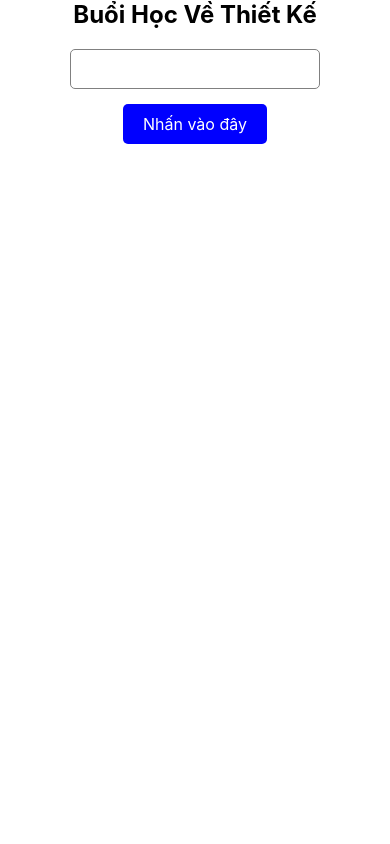
Repository: vanh1604/ExerciseReactNative
Screen: /
These files come from the project's save history. The screen is drawn as it stood at one moment and after the next save; the edit follows.
The app was drawn by React Native's web renderer in a window 390 px wide. The project was rebuilt for these pictures with package versions that can differ from the ones it lists, and the page was loaded fresh each time. Also part of the build but not shown: components/Caption.js, components/WeatherApp.js.

Above is the screen before, as saved 2023-09-09 10:28:35.

After the next save:
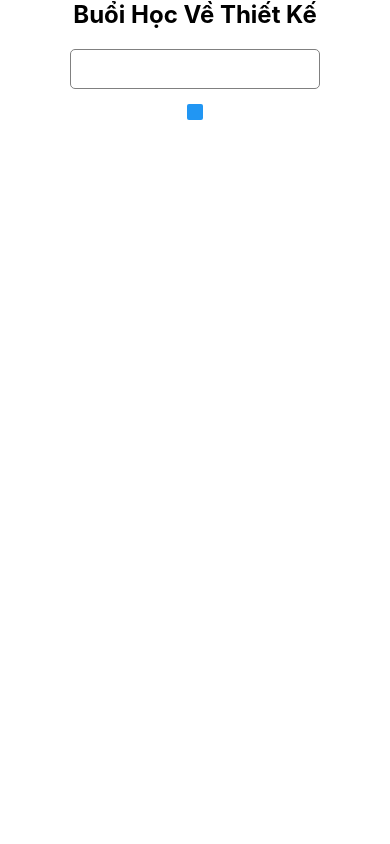
Saved 10 s later.
--- a/components/LessonDesign.js
+++ b/components/LessonDesign.js
@@ -15,12 +15,9 @@
       <Text style={styles.title}>Buổi Học Về Thiết Kế</Text>
       <TextInput style={styles.input} placeholder="Nhập tên của bạn" />
       {/* <Image style={styles.image} source={require("./your-image-file.png")} /> */}
-      <TouchableOpacity
-        style={styles.button}
-        onPress={() => alert("Button clicked!")}
-      >
+      <Button style={styles.button} onPress={() => alert("Button clicked!")}>
         <Text style={styles.buttonText}>Nhấn vào đây</Text>
-      </TouchableOpacity>
+      </Button>
     </View>
   );
 };

After the save that followed:
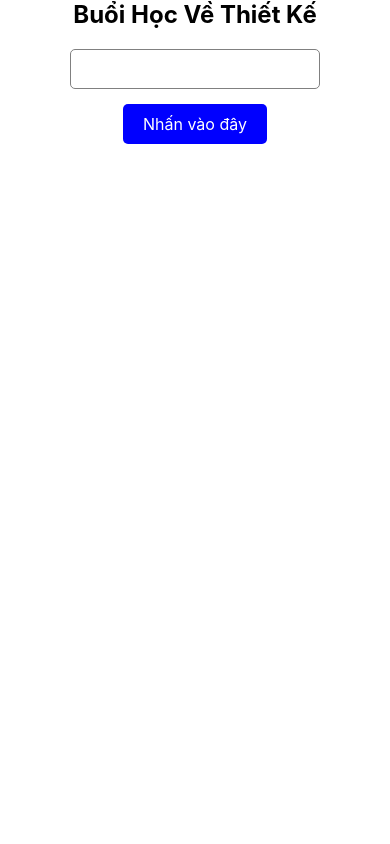
Saved 7 s later.
--- a/components/LessonDesign.js
+++ b/components/LessonDesign.js
@@ -15,9 +15,12 @@
       <Text style={styles.title}>Buổi Học Về Thiết Kế</Text>
       <TextInput style={styles.input} placeholder="Nhập tên của bạn" />
       {/* <Image style={styles.image} source={require("./your-image-file.png")} /> */}
-      <Button style={styles.button} onPress={() => alert("Button clicked!")}>
+      <TouchableOpacity
+        style={styles.button}
+        onPress={() => alert("Button clicked!")}
+      >
         <Text style={styles.buttonText}>Nhấn vào đây</Text>
-      </Button>
+      </TouchableOpacity>
     </View>
   );
 };
